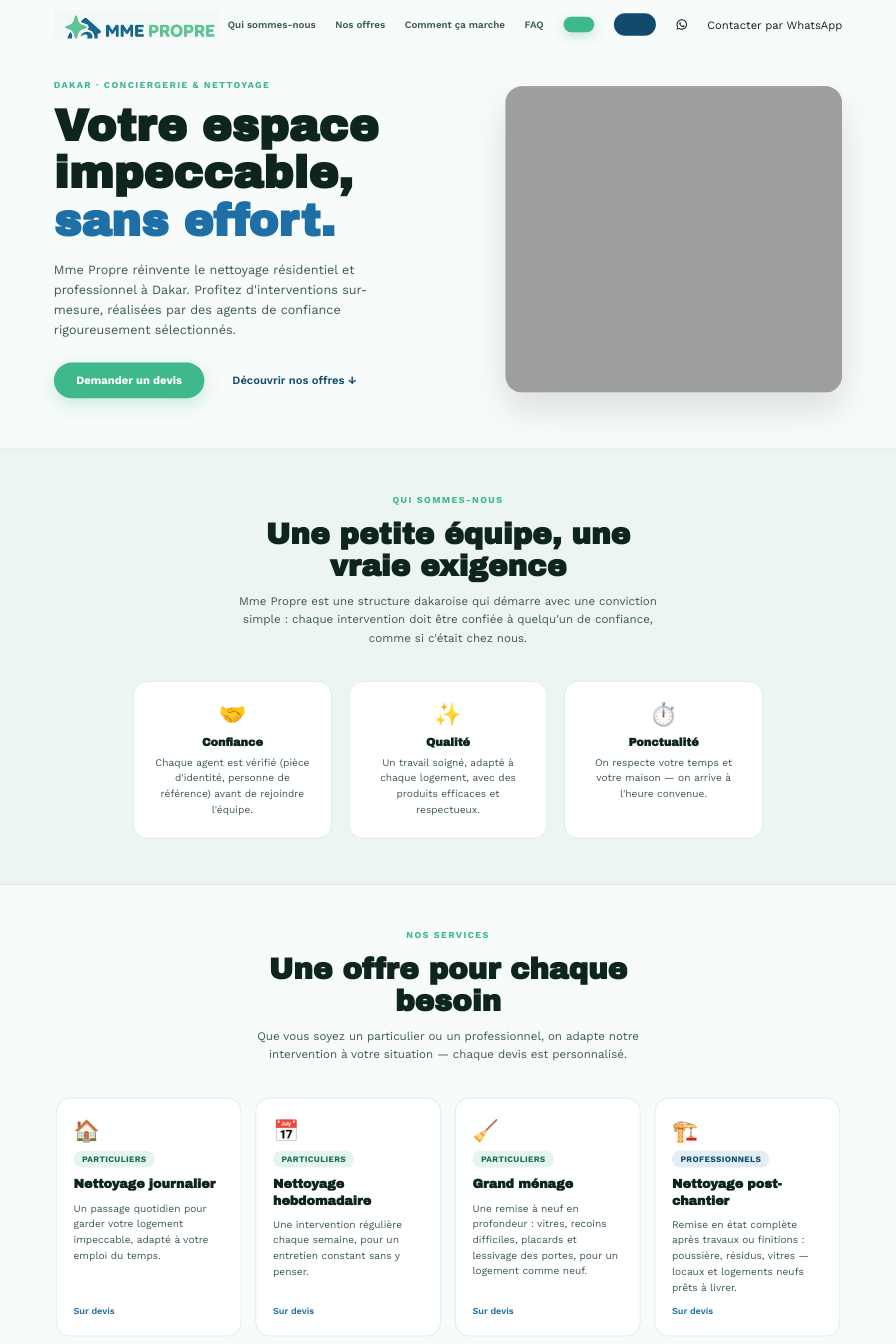
Repository: AntaaaKD/Mme-Propre
Page: index.html
These files come from the project's save history. The page is drawn as it stood at one moment and after a run of saves; the edit follows.
The browser window is 1280 px wide. The pictures show the part of the page from y = 0 to 1920 px (the page is 4385 px tall), at 70% of full size.
Pictures or frames that could not be fetched are drawn as grey boxes.

Above is the page before, as saved 2026-07-29 00:48:31.

After the next 2 saves:
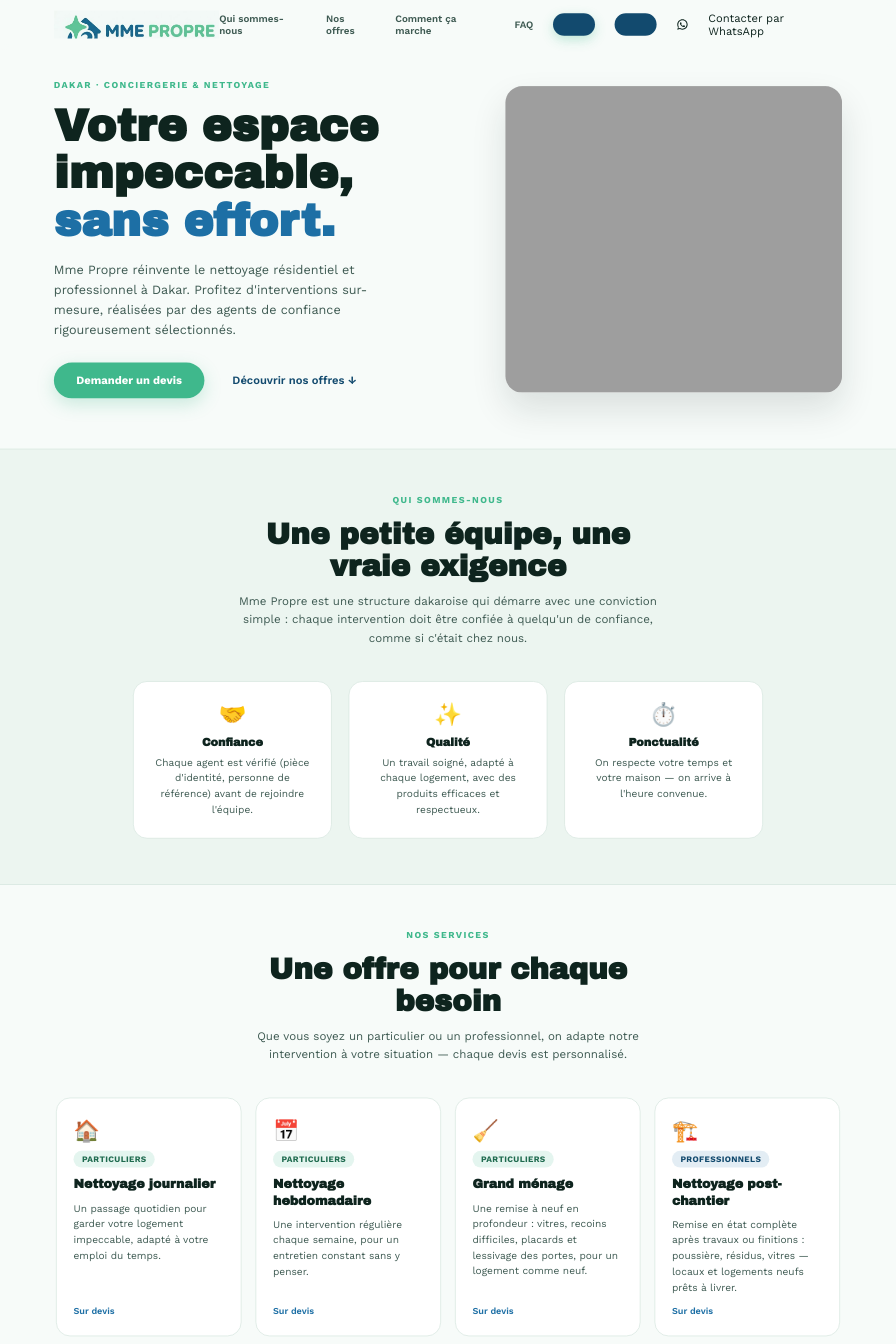
The 2 saves are shown as one change because they came seconds apart.
The last was saved 39 s later.
--- a/index.html
+++ b/index.html
@@ -207,7 +207,7 @@
     <a class="nav-link" href="#offres">Nos offres</a>
     <a class="nav-link" href="#comment">Comment ça marche</a>
     <a class="nav-link" href="#faq">FAQ</a>
-    <a class="header-cta header-cta-wa" id="header-wa-btn" href="#" target="_blank" rel="noopener">
+    <a class=" btn-direct header-cta header-cta-wa" id="header-wa-btn" href="#" target="_blank" rel="noopener">
     <a class="btn-direct" id="direct-wa" href="#" target="_blank" rel="noopener"></a>
   <svg viewBox="0 0 24 24" width="18" height="18" fill="currentColor" aria-hidden="true">
     <path d="M12 2C6.48 2 2 6.48 2 12c0 1.85.5 3.58 1.38 5.07L2 22l5.11-1.34A9.94 9.94 0 0 0 12 22c5.52 0 10-4.48 10-10S17.52 2 12 2zm0 18c-1.63 0-3.16-.44-4.48-1.21l-.32-.19-3.03.79.81-2.95-.21-.31A7.94 7.94 0 0 1 4 12c0-4.41 3.59-8 8-8s8 3.59 8 8-3.59 8-8 8zm4.36-5.86c-.24-.12-1.42-.7-1.64-.78-.22-.08-.38-.12-.54.12-.16.24-.62.78-.76.94-.14.16-.28.18-.52.06-.24-.12-1.01-.37-1.92-1.19-.71-.63-1.19-1.41-1.33-1.65-.14-.24-.01-.37.11-.49.11-.11.24-.28.36-.42.12-.14.16-.24.24-.4.08-.16.04-.3-.02-.42-.06-.12-.54-1.3-.74-1.78-.19-.46-.39-.4-.54-.4-.14 0-.3-.02-.46-.02s-.42.06-.64.3c-.22.24-.84.82-.84 2s.86 2.32.98 2.48c.12.16 1.7 2.6 4.12 3.64.58.25 1.03.4 1.38.51.58.18 1.11.16 1.53.1.47-.07 1.42-.58 1.62-1.14.2-.56.2-1.04.14-1.14-.06-.1-.22-.16-.46-.28z"/>
